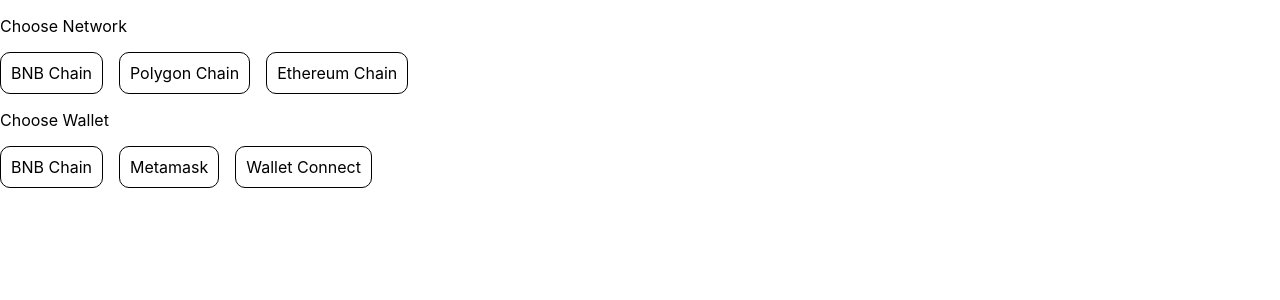
Repository: m-ahmadshaikh/Wallet-Connect
Page: /
These files come from the project's save history. The page is drawn as it stood at one moment and after the next save; the edit follows.
The browser window is 1280 px wide. The pictures show the whole page.
The project was rebuilt for these pictures with package versions that can differ from the ones it lists, and the page was loaded fresh each time.

Above is the page before, as saved 2023-01-19 18:00:36.

### src/App.js
import './App.css';
import Button from './components/Button/Button';

function App() {
  return (
    <div className='main'>

      <p>Choose Network</p>
      <div className='flex'><Button text={'BNB Chain'}/>
      <Button text={'Polygon Chain'}/>
      <Button text={'Ethereum Chain'}/>
      </div>


      <p>Choose Wallet</p>
      <div className='flex'><Button text={'BNB Chain'}/>
      <Button text={'Metamask'} />
      <Button text={'Wallet Connect'}/>
      </div>
    </div>
  );
}

export default App;

### src/App.css
.flex {
  display: flex;
  gap: 1em;
}

### src/components/Button/Button.jsx
import React from 'react';
import classes from './Button.module.css';
function Button({ text }) {
  return <div className={classes.main}>{text}</div>;
}

export default Button;

### src/components/Button/Button.module.css
.main {
  background: white;
  border: 1px solid black;
  border-radius: 10px;
  padding: 10px;
}

Loaded but not shown: public/index.html (common file); src/index.js (common file); src/index.css (common file); src/reportWebVitals.js (common file)

After the next save:
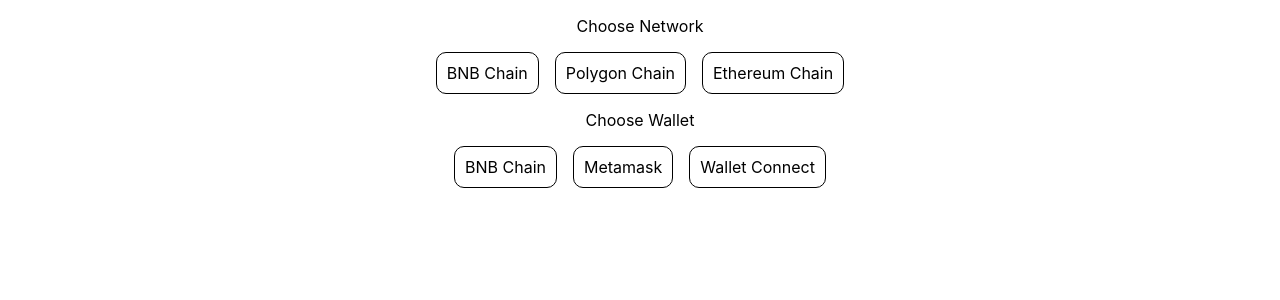
Saved 10 s later.
--- a/src/App.css
+++ b/src/App.css
@@ -2,3 +2,8 @@
   display: flex;
   gap: 1em;
 }
+
+.main {
+  display: grid;
+  place-items: center;
+}
